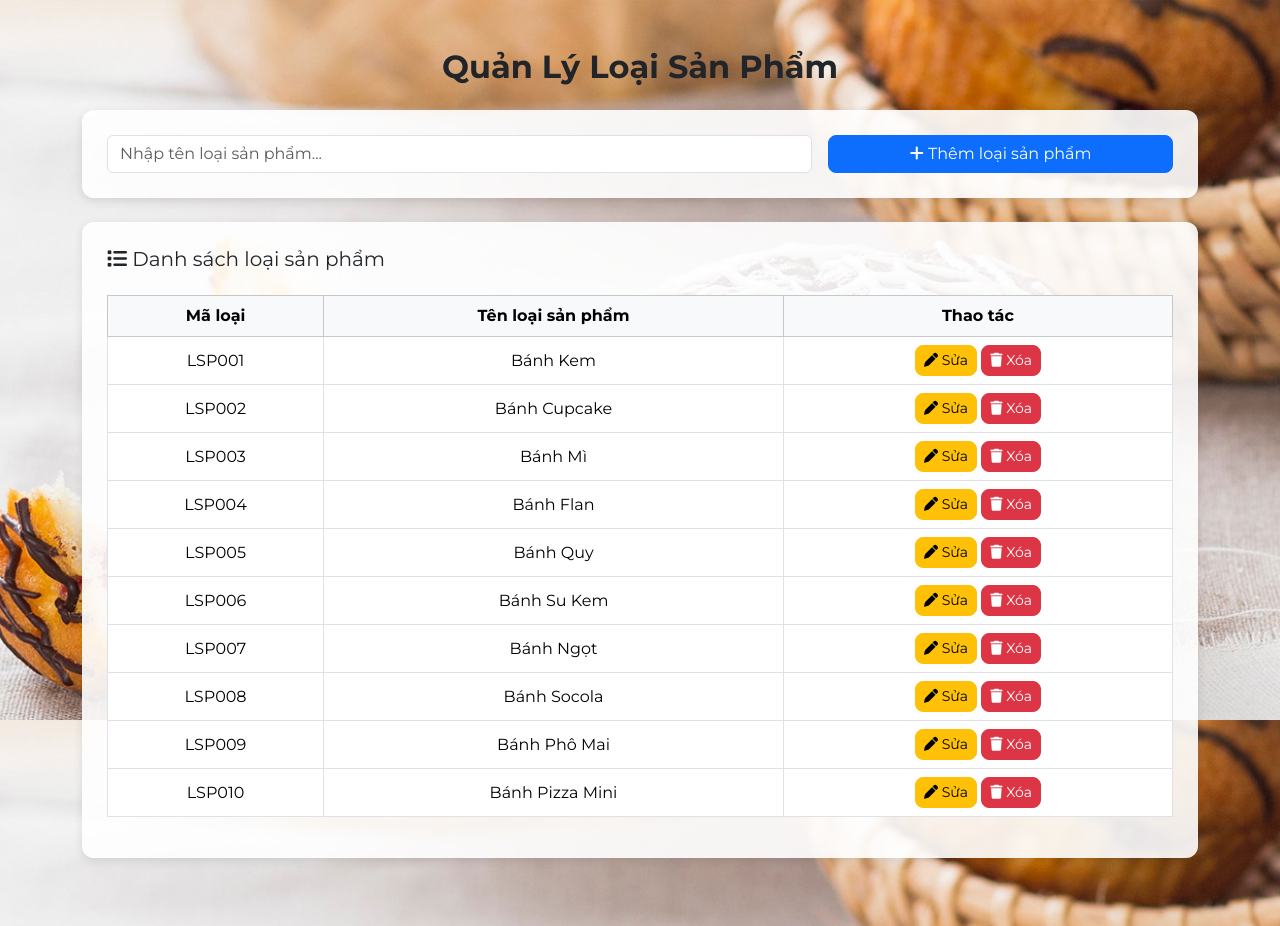
Repository: nhanto2n-byte/Nhom10ChieuThu3
Page: ProjectWeb/cake-main/admin_type.html
An editor plug-in stored every save of this project. The page is shown before and after the next save, followed by the edit.
The browser window is 1280 px wide. The pictures show the whole page.
Backgrounds fixed to the window are drawn as part of the page.

Above is the page before, as saved 2025-10-29 09:09:00.

After the next save:
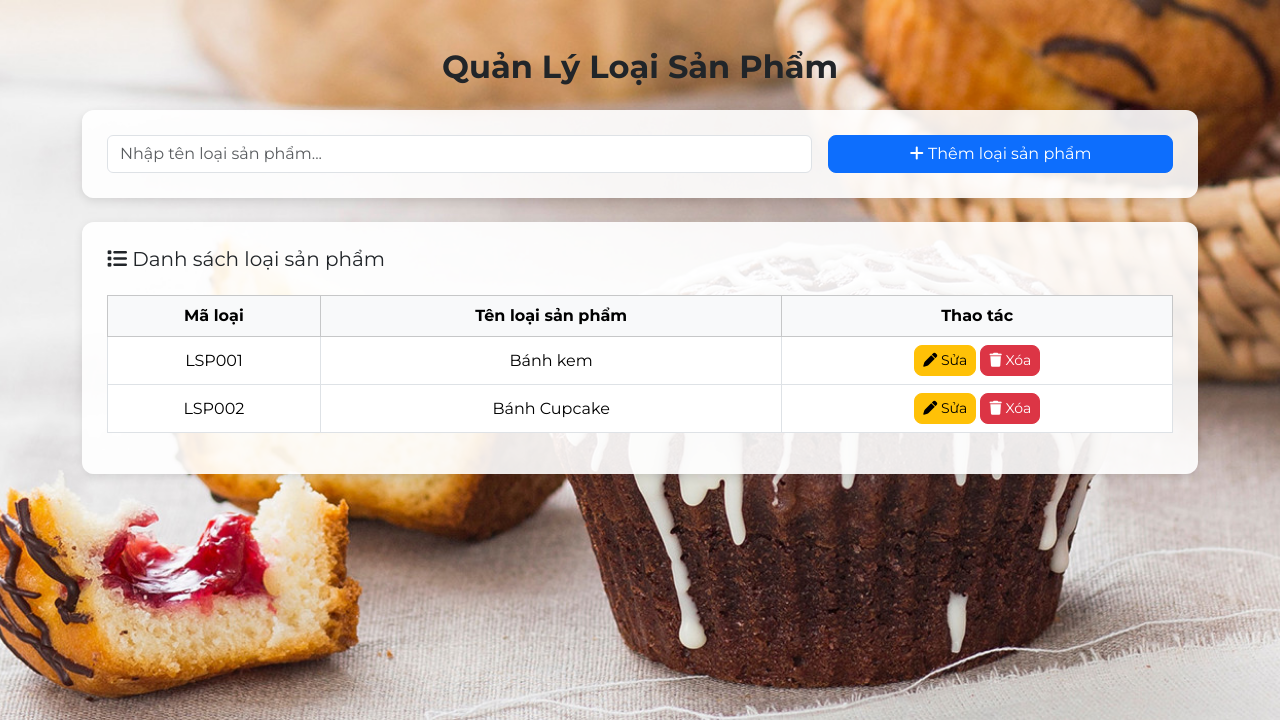
Saved 9 s later.
--- a/ProjectWeb/cake-main/admin_type.html
+++ b/ProjectWeb/cake-main/admin_type.html
@@ -71,7 +71,7 @@
           <tbody>
             <tr>
               <td>LSP001</td>
-              <td>Bánh Kem</td>
+              <td>Bánh kem</td>
               <td>
                 <button type="button" class="btn btn-warning btn-sm btn-edit">
                   <i class="fa-solid fa-pen"></i> Sửa
@@ -93,108 +93,12 @@
                 </button>
               </td>
             </tr>
-            <tr>
-              <td>LSP003</td>
-              <td>Bánh Mì</td>
-              <td>
-                <button type="button" class="btn btn-warning btn-sm btn-edit">
-                  <i class="fa-solid fa-pen"></i> Sửa
-                </button>
-                <button class="btn btn-danger btn-sm">
-                  <i class="fa-solid fa-trash"></i> Xóa
-                </button>
-              </td>
-            </tr>
-            <tr>
-              <td>LSP004</td>
-              <td>Bánh Flan</td>
-              <td>
-                <button type="button" class="btn btn-warning btn-sm btn-edit">
-                  <i class="fa-solid fa-pen"></i> Sửa
-                </button>
-                <button class="btn btn-danger btn-sm">
-                  <i class="fa-solid fa-trash"></i> Xóa
-                </button>
-              </td>
-            </tr>
-            <tr>
-              <td>LSP005</td>
-              <td>Bánh Quy</td>
-              <td>
-                <button type="button" class="btn btn-warning btn-sm btn-edit">
-                  <i class="fa-solid fa-pen"></i> Sửa
-                </button>
-                <button class="btn btn-danger btn-sm">
-                  <i class="fa-solid fa-trash"></i> Xóa
-                </button>
-              </td>
-            </tr>
-            <tr>
-              <td>LSP006</td>
-              <td>Bánh Su Kem</td>
-              <td>
-                <button type="button" class="btn btn-warning btn-sm btn-edit">
-                  <i class="fa-solid fa-pen"></i> Sửa
-                </button>
-                <button class="btn btn-danger btn-sm">
-                  <i class="fa-solid fa-trash"></i> Xóa
-                </button>
-              </td>
-            </tr>
-            <tr>
-              <td>LSP007</td>
-              <td>Bánh Ngọt</td>
-              <td>
-                <button type="button" class="btn btn-warning btn-sm btn-edit">
-                  <i class="fa-solid fa-pen"></i> Sửa
-                </button>
-                <button class="btn btn-danger btn-sm">
-                  <i class="fa-solid fa-trash"></i> Xóa
-                </button>
-              </td>
-            </tr>
-            <tr>
-              <td>LSP008</td>
-              <td>Bánh Socola</td>
-              <td>
-                <button type="button" class="btn btn-warning btn-sm btn-edit">
-                  <i class="fa-solid fa-pen"></i> Sửa
-                </button>
-                <button class="btn btn-danger btn-sm">
-                  <i class="fa-solid fa-trash"></i> Xóa
-                </button>
-              </td>
-            </tr>
-            <tr>
-              <td>LSP009</td>
-              <td>Bánh Phô Mai</td>
-              <td>
-                <button type="button" class="btn btn-warning btn-sm btn-edit">
-                  <i class="fa-solid fa-pen"></i> Sửa
-                </button>
-                <button class="btn btn-danger btn-sm">
-                  <i class="fa-solid fa-trash"></i> Xóa
-                </button>
-              </td>
-            </tr>
-            <tr>
-              <td>LSP010</td>
-              <td>Bánh Pizza Mini</td>
-              <td>
-                <button type="button" class="btn btn-warning btn-sm btn-edit">
-                  <i class="fa-solid fa-pen"></i> Sửa
-                </button>
-                <button class="btn btn-danger btn-sm">
-                  <i class="fa-solid fa-trash"></i> Xóa
-                </button>
-              </td>
-            </tr>
           </tbody>
         </table>
       </div>
     </div>
 
-    <!-- Form sửa -->
+    <!-- Form sửa (ẩn ban đầu) -->
     <div class="card mt-4" id="editForm">
       <h5><i class="fa-solid fa-pen"></i> Chỉnh sửa loại sản phẩm</h5>
       <form id="formEdit">
@@ -218,6 +122,7 @@
     </div>
   </div>
 
+  <!-- JS đặt ở cuối -->
   <script>
     document.addEventListener("DOMContentLoaded", () => {
       const editForm = document.getElementById('editForm');
@@ -240,7 +145,7 @@
         editForm.style.display = 'none';
       });
 
-      // Khi bấm "Lưu thay đổi" -> không thay đổi bảng
+      // Khi bấm "Lưu thay đổi" -> chỉ ẩn form, KHÔNG thay đổi bảng
       document.getElementById('formEdit').addEventListener('submit', e => {
         e.preventDefault();
         alert('Đã lưu tạm nhưng bảng vẫn giữ nguyên!');
